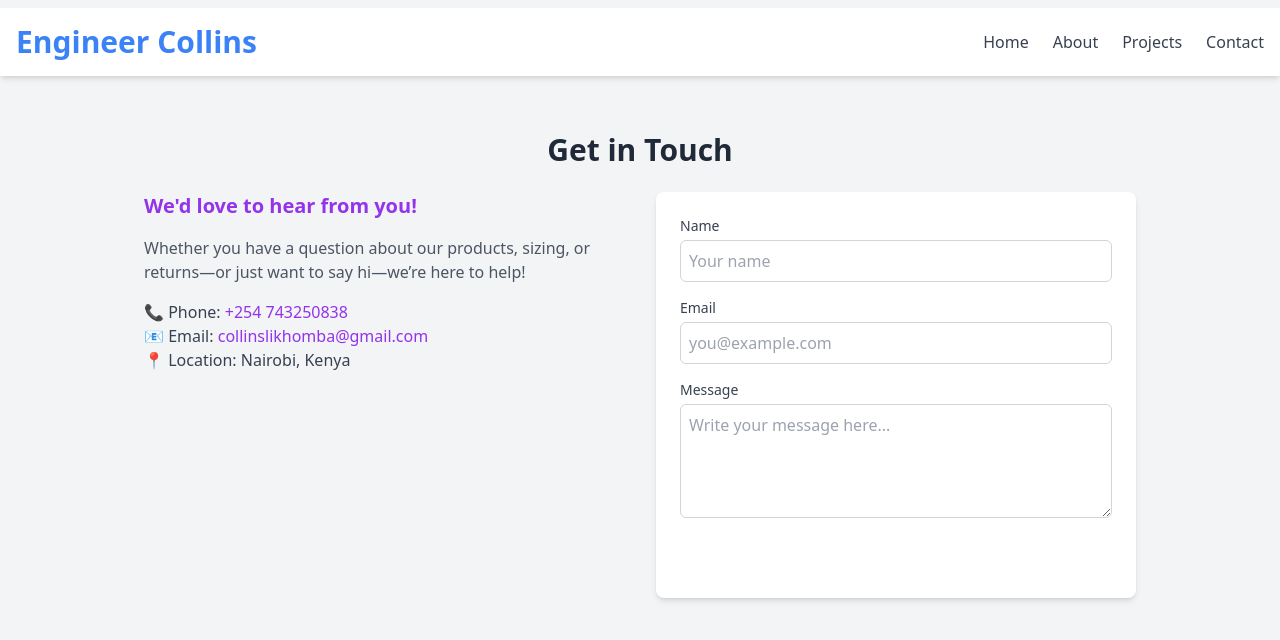
Repository: Engineer-collo/Portfolio
Page: /contact
An editor plug-in stored every save of this project. The page is shown before and after the next save, followed by the edit.
The browser window is 1280 px wide. The pictures show the whole page.
The project was rebuilt for these pictures with package versions that can differ from the ones it lists, and the page was loaded fresh each time. Also part of the build but not shown: vite.config.js, src/pages/Footer.jsx, src/pages/HomePage.jsx, src/pages/About.jsx, src/pages/Projects.jsx, src/pages/Blog.jsx, src/pages/Skills.jsx.

Above is the page before, as saved 2025-06-07 17:51:28.

### index.html
<!DOCTYPE html>
<html lang="en">
<head>
  <meta charset="UTF-8">
  <meta name="viewport" content="width=device-width, initial-scale=1.0">
  <title>Portfolio</title>
</head>
<body class="bg-gray-100">
  <div id="root"></div>
  <script type="module" src="/src/main.jsx"></script>
</body>
</html>

### src/main.jsx
import React from 'react'
import ReactDOM from 'react-dom/client'
import './index.css'
import App from './App'

ReactDOM.createRoot(document.getElementById('root')).render(
  <React.StrictMode>
    <App />
  </React.StrictMode>,
)

### src/App.jsx
import { BrowserRouter as Router, Route, Routes } from "react-router-dom";
import HomePage from "./pages/HomePage";
import About from "./pages/About";
import Project from "./pages/Projects";
import Contact from "./pages/Contact";
import Blog from "./pages/Blog";
import Skills from "./pages/Skills";

function App() {
  return (
    <Router>

      <Routes>
        <Route path="/" element={<HomePage />} />
        <Route path="/about" element={<About />} />
        <Route path="/projects" element={<Project />} />
        <Route path="/contact" element={<Contact />} />
        <Route path="/skills" element={<Skills />} />
        <Route path="/blog" element={<Blog />} />


      </Routes>
    </Router>
  );
}

export default App;

### src/pages/Contact.jsx
import React, { useState } from 'react';
import Navbar from '../components/Navbar';

const Contact = ({ showSuccessToast }) => {
  const [form, setForm] = useState({ name: '', email: '', message: '' });

  const handleChange = (e) => {
    setForm({ ...form, [e.target.name]: e.target.value });
  };

  const handleSubmit = (e) => {
    e.preventDefault();
    showSuccessToast("Message sent Successfully.");
    setForm({ name: '', email: '', message: '' });
  };

  return (
    <>
    <Navbar/>
    <div className="max-w-5xl mx-auto p-4 mt-10">
      <h2 className="text-3xl font-bold text-center mb-6 text-gray-800">Get in Touch</h2>

      <div className="grid grid-cols-1 md:grid-cols-2 gap-8">
        {/* Left Info Section */}
        <div className="space-y-4">
          <h3 className="text-xl font-semibold text-purple-600">We'd love to hear from you!</h3>
          <p className="text-gray-600">
            Whether you have a question about our products, sizing, or returns—or just want to say hi—we’re here to help!
          </p>
          <div>
            <p className="text-gray-700 font-medium">
              📞 Phone: <a href="tel:0743250838" className="font-normal text-purple-600 hover:underline">+254 743250838</a>
            </p>
            <p className="text-gray-700 font-medium">
              📧 Email: <a href="mailto:collinslikhomba@gmail.com" className="font-normal text-purple-600 hover:underline">collinslikhomba@gmail.com</a>
            </p>
            <p className="text-gray-700 font-medium">
              📍 Location: <span className="font-normal">Nairobi, Kenya</span>
              {/* Optional: <a href="https://goo.gl/maps/..." target="_blank" rel="noopener noreferrer" className="ml-2 text-purple-600 hover:underline">View on Map</a> */}
            </p>
          </div>
        </div>

        {/* Right Form Section */}
        <form onSubmit={handleSubmit} className="space-y-4 bg-white shadow-md rounded-lg p-6">
          <div>
            <label className="block text-sm font-medium text-gray-700">Name</label>
            <input
              type="text"
              name="name"
              value={form.name}
              onChange={handleChange}
              required
              className="mt-1 block w-full p-2 border border-gray-300 rounded-md focus:ring-purple-500 focus:border-purple-500"
              placeholder="Your name"
            />
          </div>

          <div>
            <label className="block text-sm font-medium text-gray-700">Email</label>
            <input
              type="email"
              name="email"
              value={form.email}
              onChange={handleChange}
              required
              className="mt-1 block w-full p-2 border border-gray-300 rounded-md focus:ring-purple-500 focus:border-purple-500"
              placeholder="you@example.com"
            />
          </div>

          <div>
            <label className="block text-sm font-medium text-gray-700">Message</label>
            <textarea
              name="message"
              value={form.message}
              onChange={handleChange}
              required
              rows="4"
              className="mt-1 block w-full p-2 border border-gray-300 rounded-md focus:ring-purple-500 focus:border-purple-500"
              placeholder="Write your message here..."
            />
          </div>

          <button
            type="submit"
            className="w-full bg--600 hover:bg-purple-700 text-white font-semibold py-2 px-4 rounded"
          >
            Send Message
          </button>
        </form>
      </div>
    </div>
    </>
  );
};

export default Contact;

### src/components/Navbar.jsx
import React, { useState } from 'react';
import { Link } from 'react-router-dom';

const Navbar = () => {
  const [isOpen, setIsOpen] = useState(false);

  const toggleMenu = () => setIsOpen(!isOpen);

  return (
    <header className=" mt-2 bg-white shadow-md">
      <div className="max-w-7xl mx-auto px-4 py-4 flex justify-between items-center">
        <h1 className="text-3xl font-bold text-gray-800">        <Link to="/" className="hover:text-blue-500 text-gray-700 transition"><span className='text-blue-500'>Engineer Collins</span></Link>
        </h1>

        {/* Desktop nav */}
        <nav className="space-x-6 hidden md:flex">
        <Link to="/" className="hover:text-blue-500 text-gray-700 transition">Home</Link>
          <Link to="/about" className="hover:text-blue-500 text-gray-700 transition">About</Link>
          <Link to="/projects" className="hover:text-blue-500 text-gray-700 transition">Projects</Link>
          <Link to="/contact" className="hover:text-blue-500 text-gray-700 transition">Contact</Link>
        </nav>

        {/* Mobile menu toggle */}
        <div className="md:hidden">
          <button onClick={toggleMenu} className="text-gray-700 focus:outline-none">
            <svg className="h-6 w-6" fill="none" stroke="currentColor" strokeWidth="2" viewBox="0 0 24 24">
              <path strokeLinecap="round" strokeLinejoin="round" d={isOpen ? 'M6 18L18 6M6 6l12 12' : 'M4 6h16M4 12h16M4 18h16'} />
            </svg>
          </button>
        </div>
      </div>

      {/* Mobile nav links */}
      {isOpen && (
        <nav className="md:hidden px-4 pb-4 space-y-2">
          <Link to="/about" className="block text-gray-700 hover:text-blue-500">About</Link>
          <Link to="/projects" className="block text-gray-700 hover:text-blue-500">Projects</Link>
          <Link to="/contact" className="block text-gray-700 hover:text-blue-500">Contact</Link>
        </nav>
      )}
    </header>
  );
};

export default Navbar;

Loaded but not shown: src/index.css (common file); tailwind.config.js (common file)

After the next save:
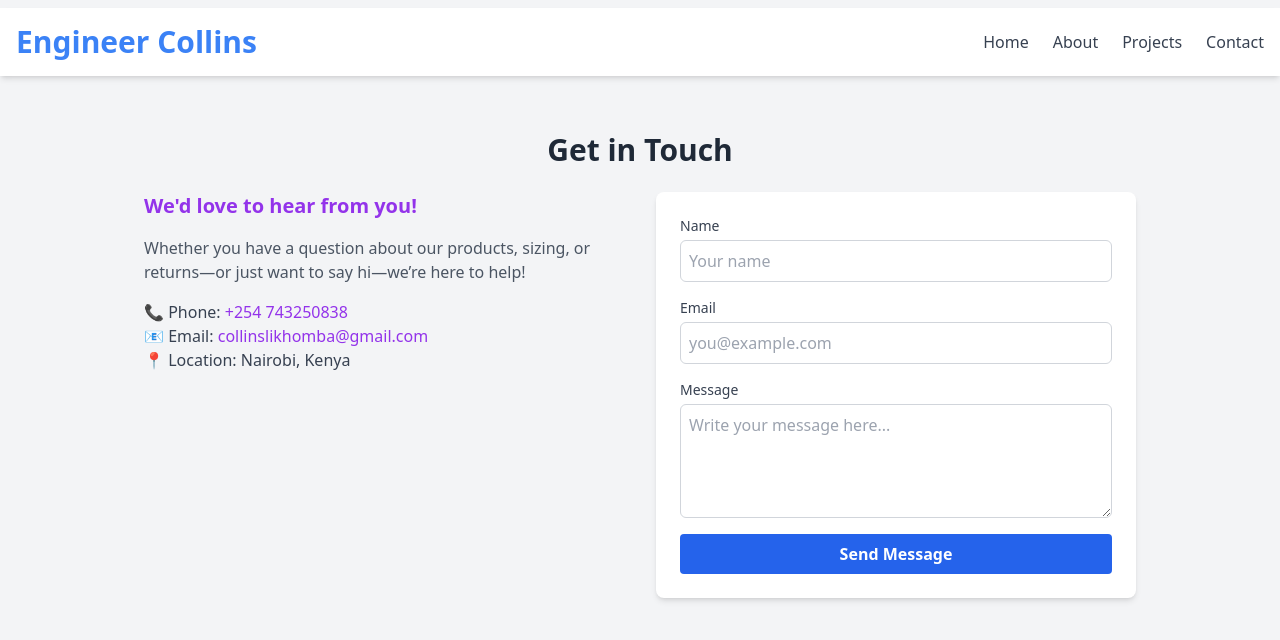
Saved 4 s later.
--- a/src/pages/Contact.jsx
+++ b/src/pages/Contact.jsx
@@ -84,7 +84,7 @@ const Contact = ({ showSuccessToast }) => {
 
           <button
             type="submit"
-            className="w-full bg--600 hover:bg-purple-700 text-white font-semibold py-2 px-4 rounded"
+            className="w-full bg-blue-600 hover:bg-purple-700 text-white font-semibold py-2 px-4 rounded"
           >
             Send Message
           </button>
